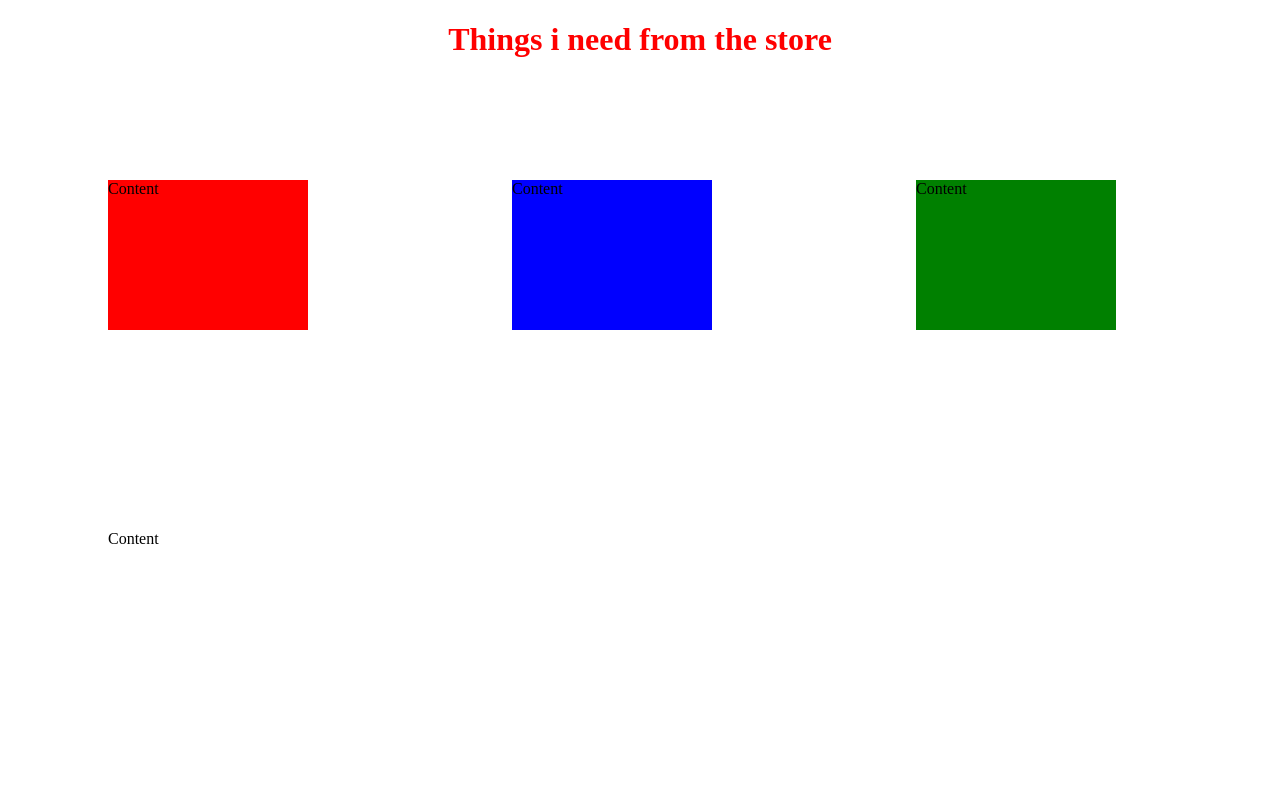
Repository: TheTroyPhillips/Block14
Page: Coursework/Block06/index.html
These files come from the project's save history. The page is drawn as it stood at one moment and after a run of saves; the edit follows.
The browser window is 1280 px wide. The pictures show the whole page.

Above is the page before, as saved 2023-08-29 17:21:35.

After the next 2 saves:
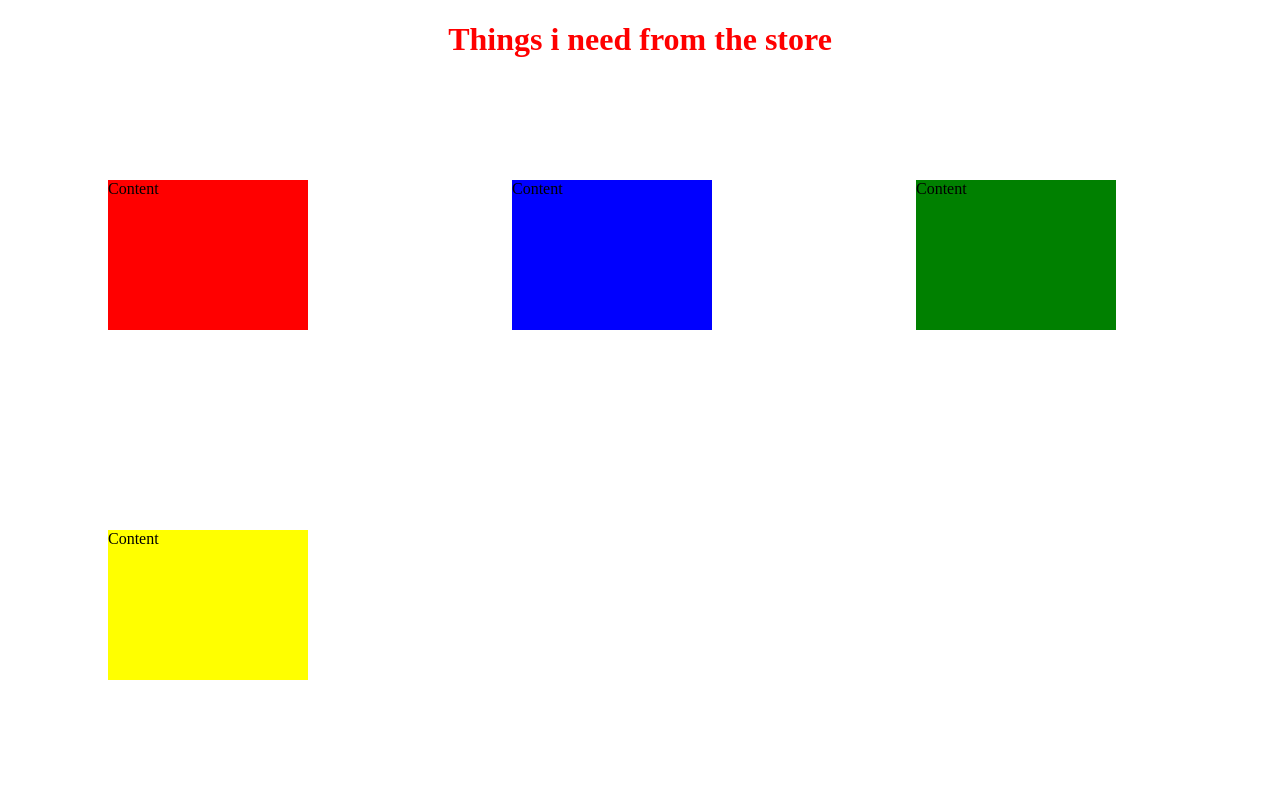
The 2 saves are shown as one change because they came seconds apart.
The last was saved 6 s later.
--- a/Coursework/Block06/styles.css
+++ b/Coursework/Block06/styles.css
@@ -19,4 +19,6 @@ h1 {
 .Green{
     background-color: green;
 }
-.Yellow{}
+.Yellow{
+    background-color: yellow;
+}
